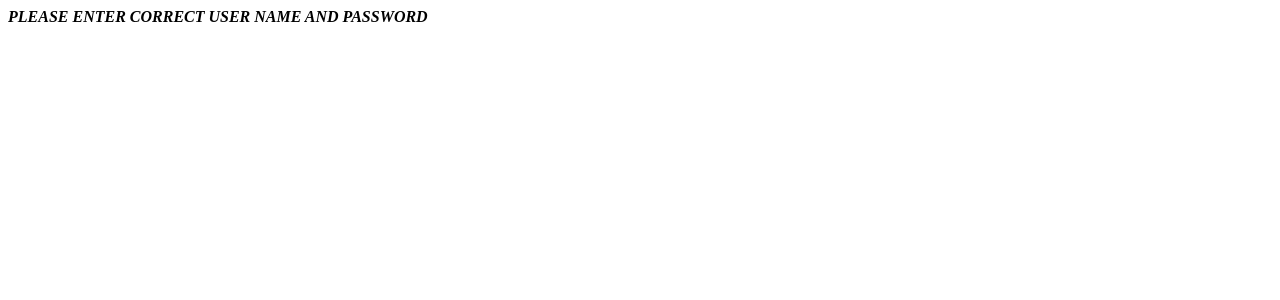
Repository: testGitHub1234cell/Test1
Page: http://localhost/nb/nb/ValidateAdmin.jsp
The author's editor kept a copy of each file at every save. The page is drawn from the files as they stood at one save, then again after the next save.
The browser window is 1280 px wide. The pictures show the whole page.
The page is served by Tomcat 9. Queries for data that is not in the repository find no rows.

Above is the page before, as saved 2016-12-17 07:53:56.

After the next save:
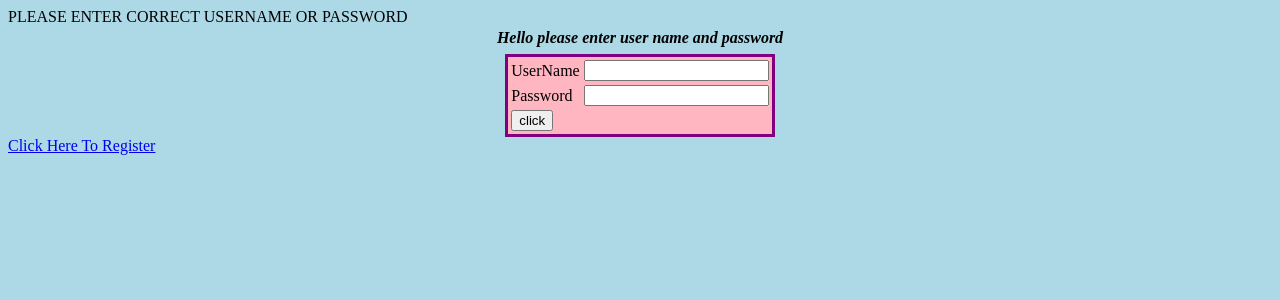
Saved 2 min 31 s later.
--- a/nb/nb/ValidateAdmin.jsp
+++ b/nb/nb/ValidateAdmin.jsp
@@ -42,11 +42,13 @@
 
 		}
 		else
-			{%>
-			<B><I>PLEASE ENTER CORRECT USER NAME AND PASSWORD</I></B>
-			<%
-			}%>
+		{
 
+          String msg= "PLEASE ENTER CORRECT USERNAME OR PASSWORD";
+        		  request.setAttribute("ERRORMSG",msg);
+        		  request.getRequestDispatcher("login.jsp").forward(request,response);
+
+		}%>
 
 </body>
 </html>
